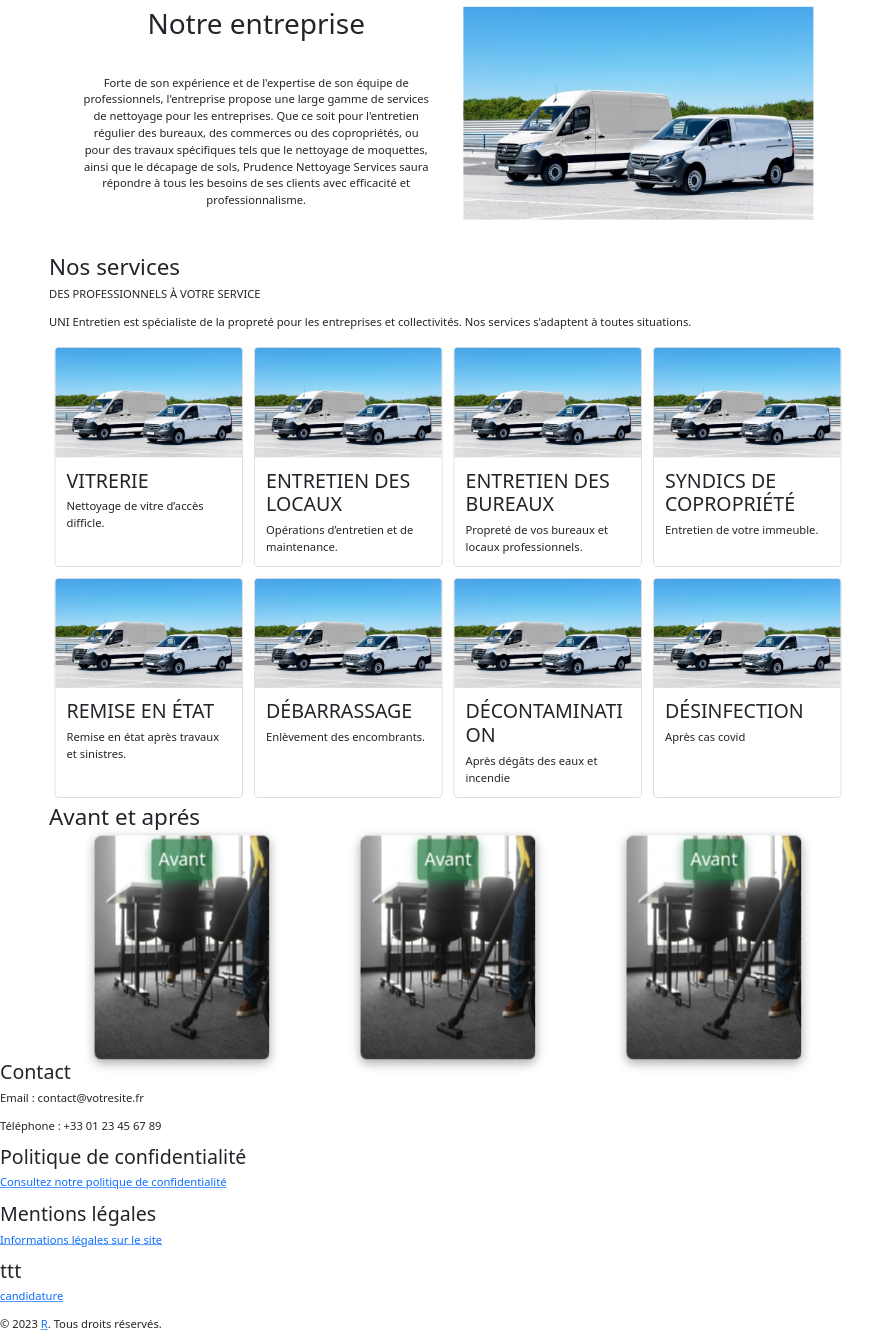
Repository: tomrib/site-UNI
Page: http://localhost/
These files come from the project's save history. The page is drawn as it stood at one moment and after a run of saves; the edit follows.
The browser window is 1280 px wide. The pictures show the part of the page from y = 694 to 2614 px (the page is 2614 px tall), at 70% of full size.
The page is run by PHP 8.4 with error messages shown; the project is at /var/www/html/.

Above is the page before, as saved 2023-12-01 10:55:41.

After the next 2 saves:
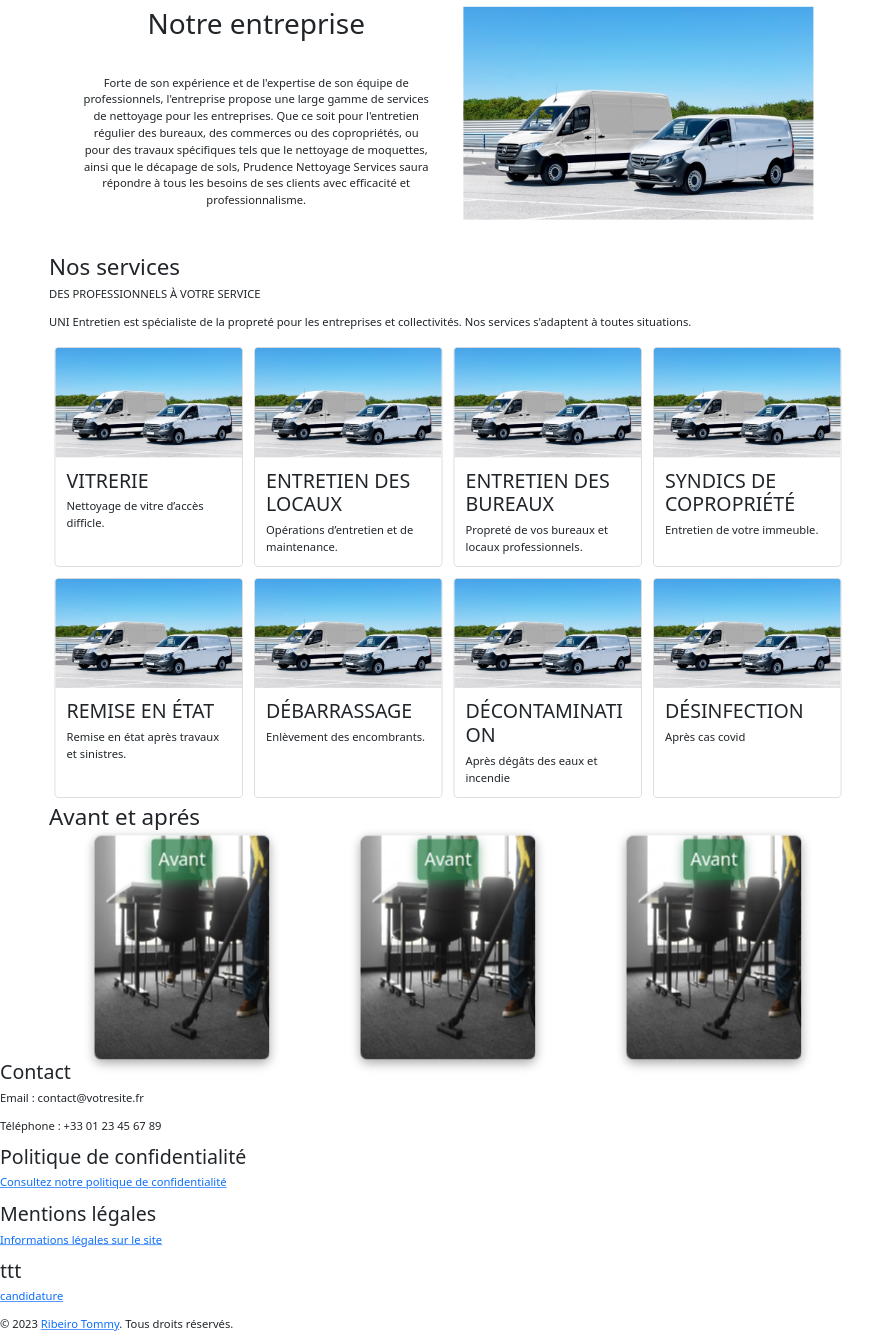
The 2 saves are shown as one change because they came seconds apart.
The last was saved 7 s later.
--- a/index.php
+++ b/index.php
@@ -266,7 +266,7 @@
 
         <!-- Copyright -->
         <section>
-            <p>&copy; 2023 <a href="">R</a>. Tous droits réservés.</p>
+            <p>&copy; 2023 <a href="">Ribeiro Tommy</a>. Tous droits réservés.</p>
         </section>
     </footer>
 
